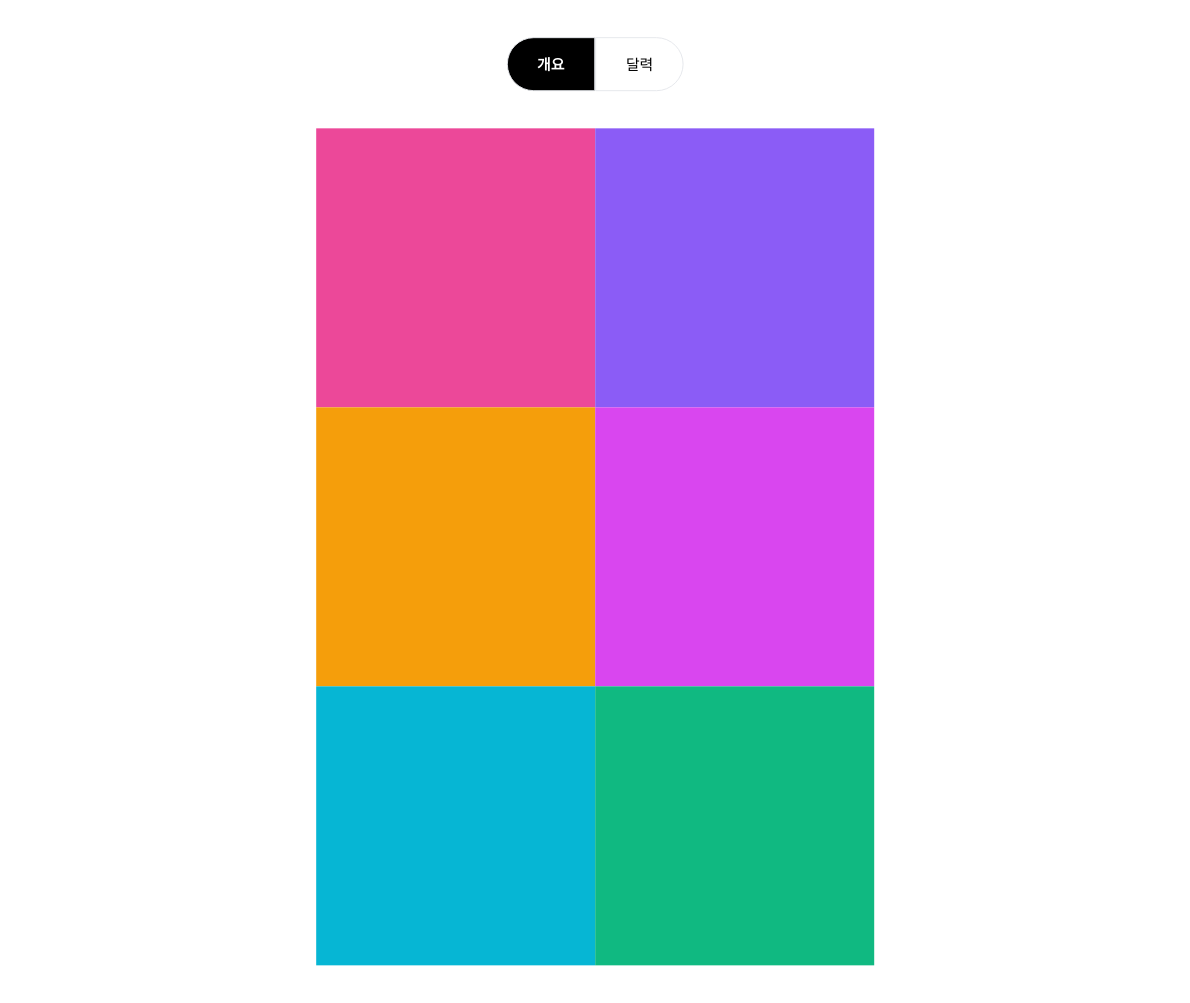
Repository: honey-punch/my-alcohol
Page: /
An editor plug-in stored every save of this project. The page is shown before and after the next save, followed by the edit.
The browser window is 1280 px wide. The pictures show the whole page, at 93% of full size.
The project was rebuilt for these pictures with package versions that can differ from the ones it lists, and the page was loaded fresh each time. The framework's server and built-in components were replaced by stand-ins that run in the browser. Also part of the build but not shown: next.config.ts, src/app/_component/Calendar.tsx.

Above is the page before, as saved 2025-02-10 15:43:40.

### src/app/page.tsx
"use client";

import { useState } from "react";
import Summary from "./_component/Summary";
import Calendar from "./_component/Calendar";

type ViewType = "summary" | "calendar";

export default function Home() {
  // useState
  const [viewType, setViewType] = useState<ViewType>("summary");

  // functions
  function handleChangeViewType() {
    if (viewType === "summary") {
      setViewType("calendar");
    } else {
      setViewType("summary");
    }
  }

  return (
    <div className="w-full flex flex-col items-center p-10 gap-10">
      <div onClick={handleChangeViewType} className="flex">
        <button
          className={`${
            viewType === "summary"
              ? "bg-black text-white font-black"
              : "hover:bg-black/20"
          } rounded-s-full border px-8 py-4 transition-colors`}
        >
          개요
        </button>
        <button
          className={`${
            viewType === "calendar"
              ? "bg-black text-white font-black"
              : "hover:bg-black/20"
          } rounded-e-full border px-8 py-4 transition-colors`}
        >
          달력
        </button>
      </div>
      {viewType === "summary" ? <Summary /> : <Calendar />}
    </div>
  );
}

### src/app/_component/Summary.tsx
const BOX_SIZE = 300;

export default function Summary() {
  const today = new Date();

  // TODO - DB에서 받아온 술마신 날들 중 가장 마지막 날
  const lastDay = new Date("2025-02-08T22:00:00");

  function getTimeDiff() {
    const diffMs = Math.abs(today.getTime() - lastDay.getTime());
    const hours = Math.floor(diffMs / (1000 * 60 * 60));
    const minutes = Math.floor((diffMs % (1000 * 60 * 60)) / (1000 * 60));

    return `${hours}시간 ${minutes}분`;
  }

  function getDayDiff() {
    const diffMs = Math.abs(today.getTime() - lastDay.getTime());
    const days = Math.floor(diffMs / (1000 * 60 * 60 * 24));

    return `${days}일 `;
  }

  console.log(getTimeDiff());
  console.log(getDayDiff());

  return (
    <div className="grid grid-cols-2">
      <div
        style={{ width: `${BOX_SIZE}px`, height: BOX_SIZE }}
        className="bg-pink-500"
      ></div>
      <div
        style={{ width: `${BOX_SIZE}px`, height: BOX_SIZE }}
        className="bg-violet-500"
      ></div>
      <div
        style={{ width: `${BOX_SIZE}px`, height: BOX_SIZE }}
        className="bg-amber-500"
      ></div>
      <div
        style={{ width: `${BOX_SIZE}px`, height: BOX_SIZE }}
        className="bg-fuchsia-500"
      ></div>
      <div
        style={{ width: `${BOX_SIZE}px`, height: BOX_SIZE }}
        className="bg-cyan-500"
      ></div>
      <div
        style={{ width: `${BOX_SIZE}px`, height: BOX_SIZE }}
        className="bg-emerald-500"
      ></div>
    </div>
  );
}

Loaded but not shown: src/app/layout.tsx (common file); src/app/globals.css (common file); tailwind.config.ts (common file)

After the next save:
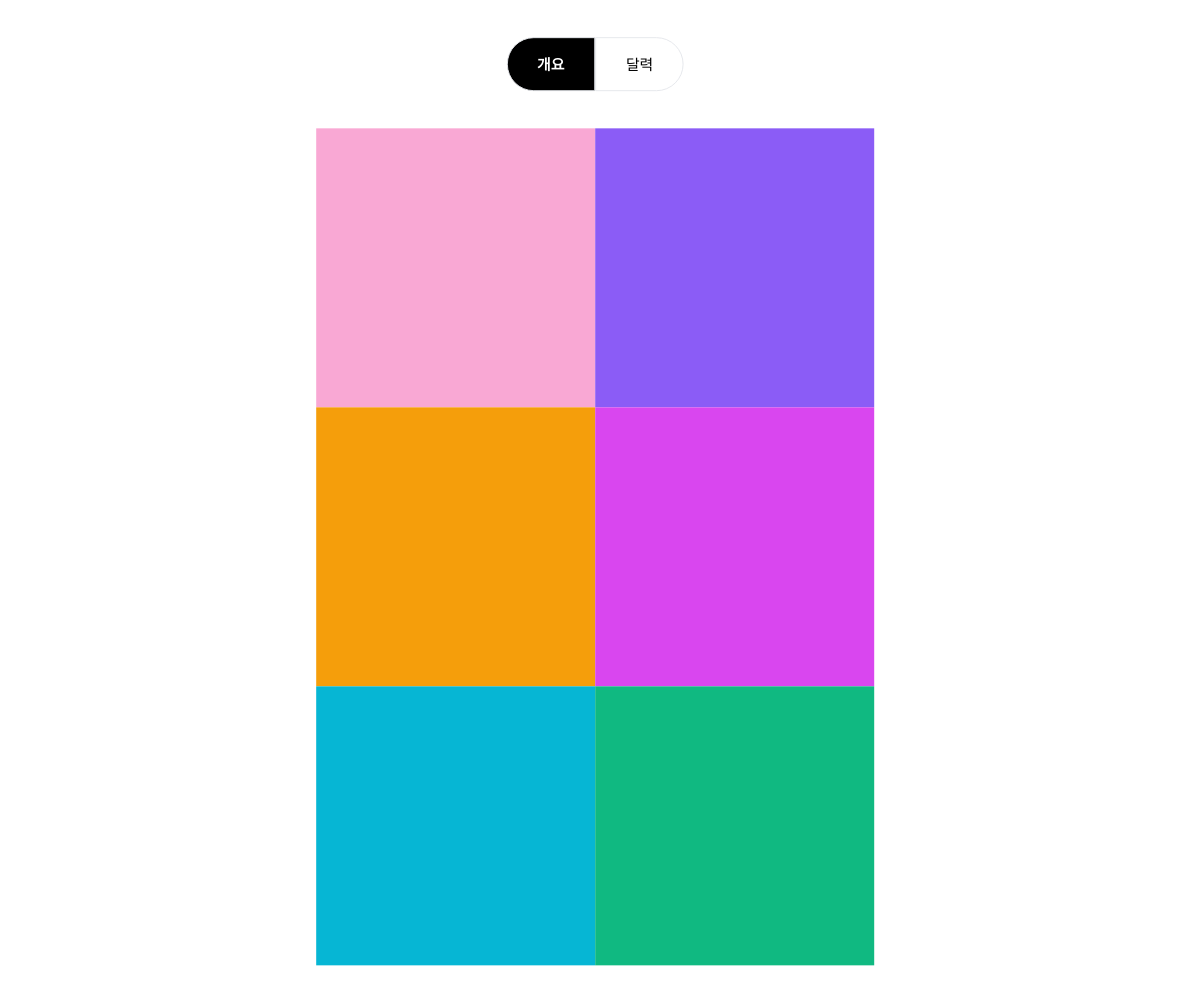
Saved 7 s later.
--- a/src/app/_component/Summary.tsx
+++ b/src/app/_component/Summary.tsx
@@ -28,7 +28,7 @@ export default function Summary() {
     <div className="grid grid-cols-2">
       <div
         style={{ width: `${BOX_SIZE}px`, height: BOX_SIZE }}
-        className="bg-pink-500"
+        className="bg-pink-300"
       ></div>
       <div
         style={{ width: `${BOX_SIZE}px`, height: BOX_SIZE }}
